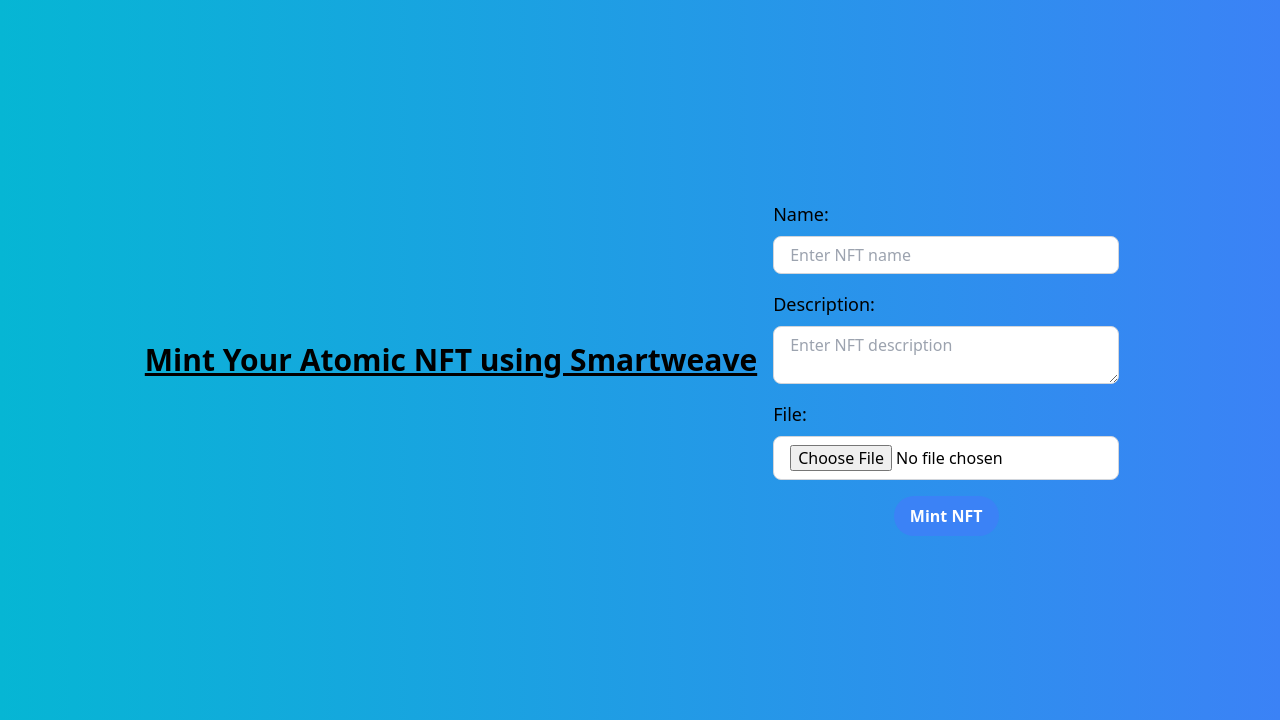
Repository: pawelpiwowarski/arweave-nft
Page: /
The author's editor kept a copy of each file at every save. The page is drawn from the files as they stood at one save, then again after a run of saves.
The browser window is 1280 px wide. The pictures show the whole page.
The project was rebuilt for these pictures with package versions that can differ from the ones it lists, and the page was loaded fresh each time. The framework's server and built-in components were replaced by stand-ins that run in the browser.

Above is the page before, as saved 2023-01-30 22:54:03.

### pages/_app.tsx
import '../styles/globals.css'

function MyApp({ Component, pageProps }) {
    return <Component {...pageProps} />
    }

export default MyApp

### pages/index.tsx
import { useState } from "react";
import connectToContract from '../configureWarpClient'
import FormData from "form-data";

function HomePage() {

const [name, setName] = useState<string | null>(null);
const [contract, setContract] = useState<string | null>(null);
const [image, setImage] = useState<string | null>(null);
const [description, setDescription] = useState<string | null>(null);
const [loading, setLoading] = useState<boolean>(false);



  async function handleSubmision(event: any) {
    setLoading(true);
    const file = document.getElementById('file') as HTMLInputElement;

    // prevent fromm re
    event.preventDefault();
    const {address} = await connectToContract();
    console.log(file.files[0])
    const formData = new FormData() as any;
    formData.append('address', address);
    formData.append('blob', file.files[0]);
    formData.append('name', name);
    formData.append('description', description);

    const respoonse  = await fetch('/api/mint', { method: 'POST', body: formData });


    const {image, contract} = await respoonse.json();
    console.log(image, contract);
    setContract(contract);
    setImage(image);
    setLoading(false);

  }
  async function handleFile() {

    console.log('file selected');



  }




  return (

       //centered div and apply nice background color
    <div className="bg-gradient-to-r from-cyan-500 to-blue-500 flex justify-center items-center h-screen bg-gray-100">


      { !contract && <h1 className="text-3xl font-bold underline" >Mint Your Atomic NFT using Smartweave </h1>}
      { contract && <img className="mx-auto" src={image} alt="NFT" /> }
      <form>
  <div className="flex flex-col m-4">

    <label className="text-lg font-medium mb-2" >Name:</label>
    <input className="bg-white focus:outline-none focus:shadow-outline-blue border border-gray-300 rounded-lg py-2 px-4 block w-full leading-5"
     type="text" id="name" name="name" placeholder="Enter NFT name" onChange= {(e)=> {

      setName(e.target.value);

     }}required/>
  </div>

  <div className="flex flex-col m-4">
    <label className="text-lg font-medium mb-2" >Description:</label>
    <textarea className="bg-white focus:outline-none focus:shadow-outline-blue border border-gray-300 rounded-lg py-2 px-4 block w-full leading-5"
    id="description" name="description" placeholder="Enter NFT description" onChange = {(e)=> {

        setDescription(e.target.value);

    }}required></textarea>
  </div>


  <div className="flex flex-col m-4">
    <label className="text-lg font-medium mb-2" >File:</label>
    <input className="bg-white focus:outline-none focus:shadow-outline-blue border border-gray-300 rounded-lg py-2 px-4 block w-full leading-5"
     type="file" id="file" name="file" onChange={handleFile} placeholder="Select NFT file" required/>
  </div>
{ !loading &&
  <div className="flex justify-center">
    <button className="bg-blue-500 hover:bg-blue-700 text-white font-bold py-2 px-4 rounded-full"  onClick={handleSubmision}>

      Mint NFT
    </button>
    </div>
}
{ loading &&

<div role="status">
    <svg aria-hidden="true" className="w-8 h-8 mr-2 text-gray-200 animate-spin dark:text-gray-600 fill-blue-600" viewBox="0 0 100 101" fill="none" xmlns="http://www.w3.org/2000/svg">
        <path d="M100 50.5908C100 78.2051 77.6142 100.591 50 100.591C22.3858 100.591 0 78.2051 0 50.5908C0 22.9766 22.3858 0.59082 50 0.59082C77.6142 0.59082 100 22.9766 100 50.5908ZM9.08144 50.5908C9.08144 73.1895 27.4013 91.5094 50 91.5094C72.5987 91.5094 90.9186 73.1895 90.9186 50.5908C90.9186 27.9921 72.5987 9.67226 50 9.67226C27.4013 9.67226 9.08144 27.9921 9.08144 50.5908Z" fill="currentColor"/>
        <path d="M93.9676 39.0409C96.393 38.4038 97.8624 35.9116 97.0079 33.5539C95.2932 28.8227 92.871 24.3692 89.8167 20.348C85.8452 15.1192 80.8826 10.7238 75.2124 7.41289C69.5422 4.10194 63.2754 1.94025 56.7698 1.05124C51.7666 0.367541 46.6976 0.446843 41.7345 1.27873C39.2613 1.69328 37.813 4.19778 38.4501 6.62326C39.0873 9.04874 41.5694 10.4717 44.0505 10.1071C47.8511 9.54855 51.7191 9.52689 55.5402 10.0491C60.8642 10.7766 65.9928 12.5457 70.6331 15.2552C75.2735 17.9648 79.3347 21.5619 82.5849 25.841C84.9175 28.9121 86.7997 32.2913 88.1811 35.8758C89.083 38.2158 91.5421 39.6781 93.9676 39.0409Z" fill="currentFill"/>
    </svg>
    <span className="sr-only">Loading...</span>
</div>
}


  {contract &&
  <div className="flex  flex-col m-4">
    <p className="text-lg font-medium mb-2" >  Your Atomic NFT has been sucessfully minted on the Arweave blockchain  you can see by clicking on this link <a target="_blank" href={contract}> {contract}</a></p>





  </div>

  }

</form>






    </div>

  );
}

export default HomePage;

### configureWarpClient.ts
import { WarpFactory } from "warp-contracts";


let warp;


async function connectToContract() {
  warp = WarpFactory.forMainnet();

  // obtain the signature from the user who is using ArConnect wallet

  await window.arweaveWallet.connect([
    "ACCESS_ADDRESS",
    "SIGN_TRANSACTION",
    "SIGNATURE",
  ]);

  const address = await window.arweaveWallet.getActiveAddress();
  return { address };
}

export default connectToContract;

Loaded but not shown: styles/globals.css (common file); tailwind.config.js (common file)

After the next 2 saves:
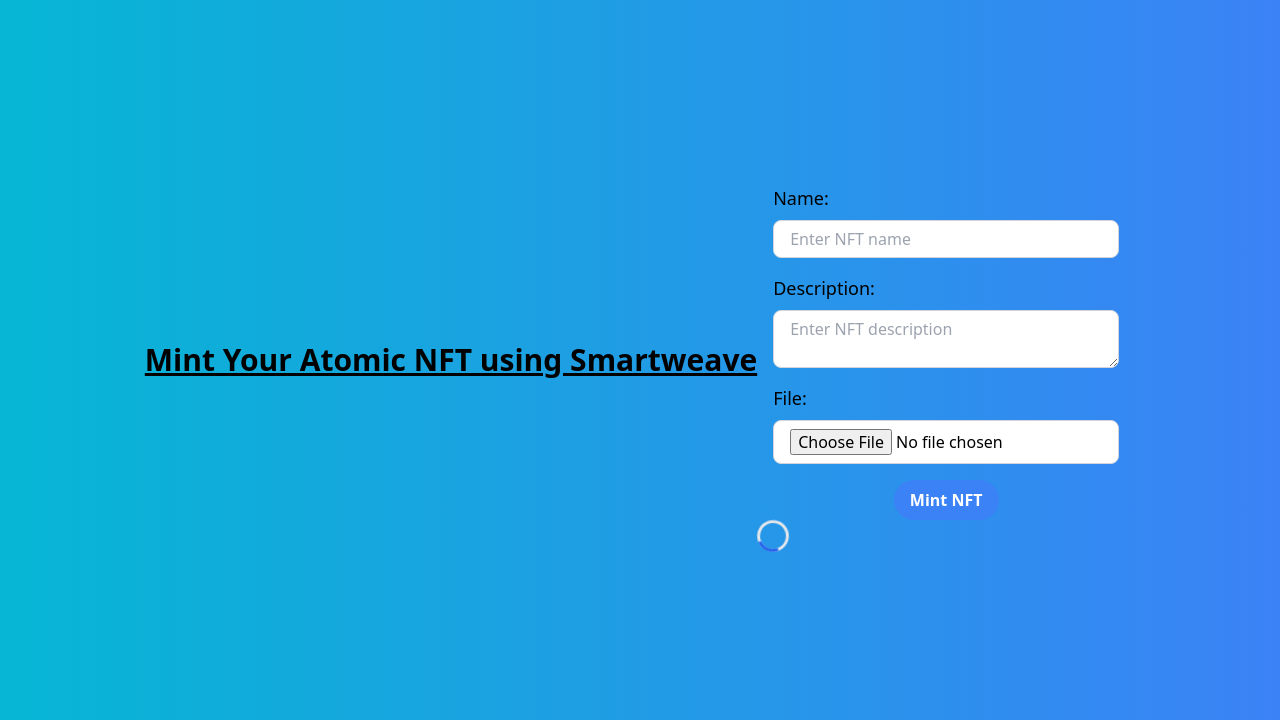
The 2 saves are shown as one change because they came seconds apart.
The last was saved 37 s later.
--- a/pages/index.tsx
+++ b/pages/index.tsx
@@ -83,15 +83,15 @@
     <input className="bg-white focus:outline-none focus:shadow-outline-blue border border-gray-300 rounded-lg py-2 px-4 block w-full leading-5"
      type="file" id="file" name="file" onChange={handleFile} placeholder="Select NFT file" required/>
   </div>
-{ !loading &&
+
   <div className="flex justify-center">
     <button className="bg-blue-500 hover:bg-blue-700 text-white font-bold py-2 px-4 rounded-full"  onClick={handleSubmision}>
 
       Mint NFT
     </button>
     </div>
-}
-{ loading &&
+
+{ !loading &&
 
 <div role="status">
     <svg aria-hidden="true" className="w-8 h-8 mr-2 text-gray-200 animate-spin dark:text-gray-600 fill-blue-600" viewBox="0 0 100 101" fill="none" xmlns="http://www.w3.org/2000/svg">

After the save that followed:
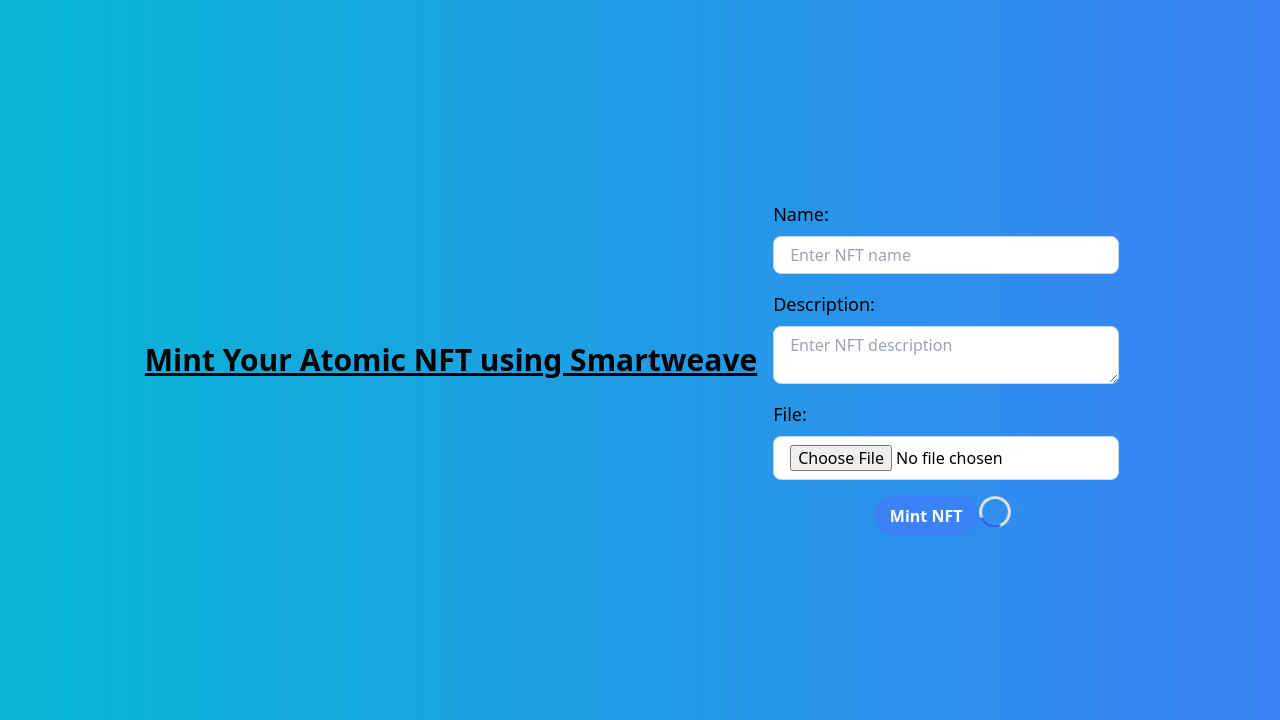
Saved 24 s later.
--- a/pages/index.tsx
+++ b/pages/index.tsx
@@ -89,7 +89,7 @@
 
       Mint NFT
     </button>
-    </div>
+
 
 { !loading &&
 
@@ -100,8 +100,9 @@
     </svg>
     <span className="sr-only">Loading...</span>
 </div>
+
 }
-
+</div>
 
   {contract &&
   <div className="flex  flex-col m-4">
